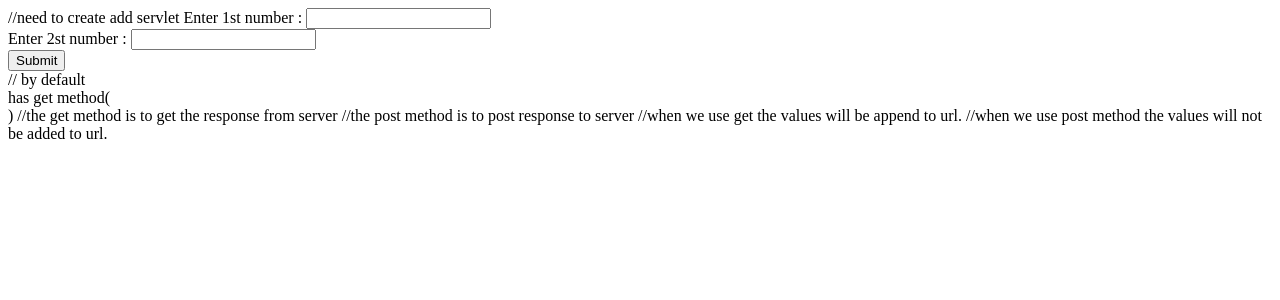
Repository: PriyankaGundawar/Servlets-examples
Page: ServletsDemo/ServletDemo/src/main/webapp/Demo1.html
An editor plug-in stored every save of this project. The page is shown before and after the next save, followed by the edit.
The browser window is 1280 px wide. The pictures show the whole page.

Above is the page before, as saved 2023-04-06 22:08:13.

After the next save:
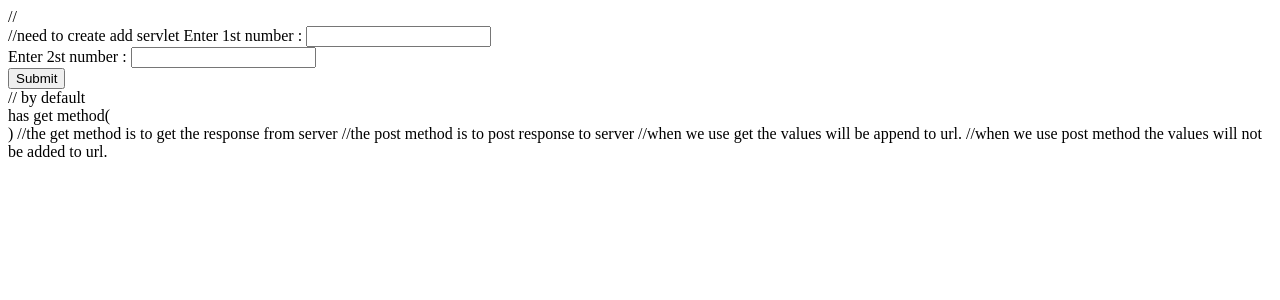
Saved 78 s later.
--- a/ServletsDemo/ServletDemo/src/main/webapp/Demo1.html
+++ b/ServletsDemo/ServletDemo/src/main/webapp/Demo1.html
@@ -2,7 +2,8 @@
 <html>
 <body>
 
-<form action="add"> //need to create add servlet
+//<form action="add"> //need to create add servlet
+<form action="add"  method="post">
 
 Enter 1st number : <input type="text" name="num1"><br>
 Enter 2st number : <input type="text" name="num2"><br>
